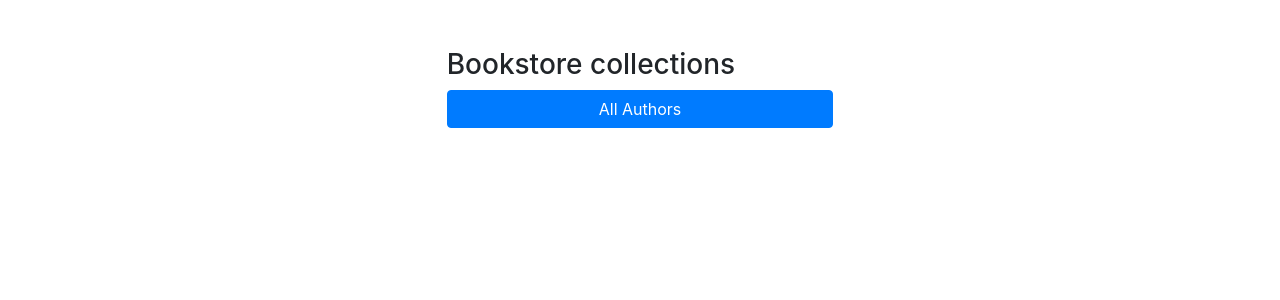
Repository: Temur-Sufiyanov/CBV
Page: http://localhost/
These files come from the project's save history. The page is drawn as it stood at one moment and after a run of saves; the edit follows.
The browser window is 1280 px wide. The pictures show the whole page.
The page is served by the project's application, run on Django 5.2 (manage.py).

Above is the page before, as saved 2024-12-19 15:53:25.

After the next 3 saves:
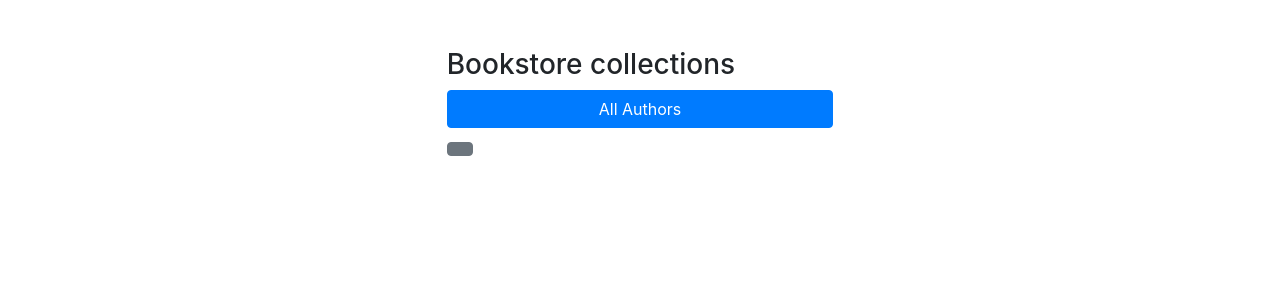
The 3 saves are shown as one change because they came seconds apart.
The last was saved 11 s later.
--- a/new_books/templates/new_books/home.html
+++ b/new_books/templates/new_books/home.html
@@ -7,7 +7,7 @@
 {% block content %}
 <h3>Bookstore collections</h3>
 <a href="" role="button" class="btn btn-primary w-100 mb-2">All Authors</a>
-<a href="" role="button" class="btn btn-"></a>
+<a href="" role="button" class="btn btn-secondary "></a>
 {% comment %} <div class="container mt-4">
     <h1 class="text-center">Books and Authors</h1>
     <table class="table table-bordered mt-4">
